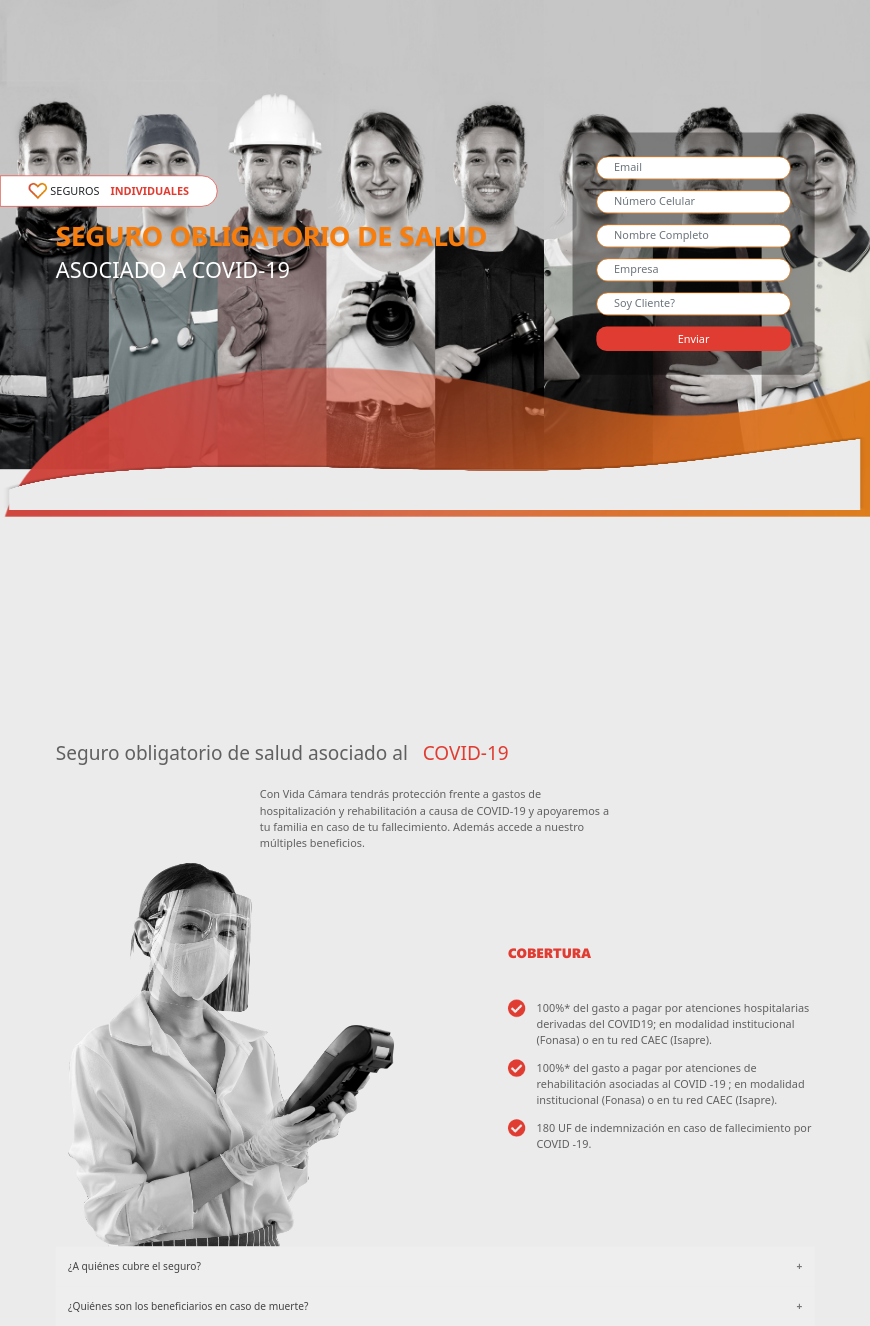
Repository: Darigo30/vidacamara
Page: index.html
The author's editor kept a copy of each file at every save. The page is drawn from the files as they stood at one save, then again after the next save.
The browser window is 1280 px wide. The pictures show the whole page, at 68% of full size.
Some web fonts or font styles are not loaded; a fallback is used. Some web libraries are served in a nearby version.

Above is the page before, as saved 2021-07-29 19:58:34.

### index.html
<!DOCTYPE html>
<html lang="es">
<head>
    <meta charset="UTF-8">
    <link rel= "shortcut icon "type="image/png" href="assets/img/favicon.png">
    <meta name="viewport" content="width=device-width, initial-scale=1.0">
    <link rel="stylesheet" href="css/style.css">
    <title>Vida Cámara</title>
</head>
<body>
    <main>
        <nav class="navbar navb">
            <div class="container">
              <a class="navbar-brand" href="#">
                <img src="/assets/img/logo.png" alt="Logo Vida Camara">
              </a>
            </div>
        </nav>
        <section class="bg-header">
            <div class="seg">
                <img src="assets/img/heart.png">
                <div class="ms-1 text-uppercase">Seguros</div>
                <div class="ms-3 text-uppercase fw-bold"><span>Individuales</span></div>
            </div>
            <div class="container">
                <div class="row cont-form-text">
                    <div class="col-8 d-flex flex-column justify-content-center">
                        <h1>Seguro obligatorio de salud</h1>
                        <h2 class="text-uppercase">Asociado a COVID-19</h2>
                    </div>
                    <div class="col-4">
                        <div class="form">
                            <div class="mb-3">
                                <input type="email" class="form-control rounded-pill br-f" id="exampleFormControlInput1" placeholder="Email">
                            </div>
                            <div class="mb-3">
                                <input type="email" class="form-control rounded-pill br-f" id="exampleFormControlInput1" placeholder="Número Celular">
                            </div>
                            <div class="mb-3">
                                <input type="email" class="form-control rounded-pill br-f" id="exampleFormControlInput1" placeholder="Nombre Completo">
                            </div>
                            <div class="mb-3">
                                <input type="email" class="form-control rounded-pill br-f" id="exampleFormControlInput1" placeholder="Empresa">
                            </div>
                            <div class="mb-3">
                                <input type="email" class="form-control rounded-pill br-f" id="exampleFormControlInput1" placeholder="Soy Cliente?">
                            </div>
                            <button class="btn btn-primary btn-grande">Enviar</button>
                          </div>
                    </div>
                </div>
            </div>
        </section>
        <section class="seguro">
             <div class="mascara"></div>
            <div class="container">
                <div class="row">
                    <div class="col-12">
                        <div class="seguro">
                            <h3 class="seguro__titulo">
                                Seguro obligatorio de salud asociado al &nbsp; <span class="seguro__titulo seguro__titulo--covid">COVID-19</span>
                            </h3>
                            <p class="seguro__texto pt-4 convi">Con Vida Cámara tendrás protección frente a gastos de hospitalización y rehabilitación a causa de COVID-19 y apoyaremos a tu familia en caso de tu fallecimiento. Además accede a nuestro múltiples beneficios. </p>
                        </div>
                    </div>
                </div>
                <div class="row">
                    <div class="col-7">
                        <img class="img-mujer" src="assets/img/mujer.png">
                    </div>
                    <div class="col-5 d-flex flex-column justify-content-center">
                        <h5 class="text-uppercase pb-5"><span>Cobertura</span></h5>
                        <div class="icon-txt-cober">
                            <img src="assets/img/check.png">
                            <p class="ps-3">100%* del gasto a pagar por atenciones hospitalarias derivadas del COVID19;
                                en modalidad institucional  (Fonasa) o en tu red CAEC (Isapre).
                            </p>
                        </div>
                        <div class="icon-txt-cober">
                            <img src="assets/img/check.png">
                            <p class="ps-3">100%* del gasto a pagar por atenciones de rehabilitación asociadas al COVID -19 ; en modalidad institucional
                                (Fonasa) o en tu red CAEC (Isapre).
                            </p>
                        </div>
                        <div class="icon-txt-cober">
                            <img src="assets/img/check.png">
                            <p class="ps-3">180 UF de indemnización en caso de fallecimiento por
                                COVID -19.
                            </p>
                        </div>
                    </div>
                </div>
            </div>
        </section>
        <section>
            <div class="container">
                <div class="row">
                    <div class="col-12">
                        <button class="accordion">¿A quiénes cubre el seguro?</button>
                        <div class="panel">
                            <p>Todos los trabajadores del sector privado con contratos sujetos al Código del Trabajo y que estén desarrollando sus labores de manera presencial,
                                total o parcial; ya sea que estén afiliados a Fonasa o Isapres.
                                <br>
                                Se excluyen aquellos trabajadores que hayan pactado el cumplimiento de su jornada bajo las modalidades de trabajo a distancia o teletrabajo de
                                manera exclusiva.
                            </p>
                        </div>

                        <button class="accordion">¿Quiénes son los beneficiarios en caso de muerte?</button>
                        <div class="panel">
                            <p>Lorem ipsum dolor sit amet, consectetur adipisicing elit, sed do eiusmod tempor incididunt ut labore et dolore magna aliqua. Ut enim ad minim veniam, quis nostrud exercitation ullamco laboris nisi ut aliquip ex ea commodo consequat.</p>
                        </div>
                    </div>
                </div>
            </div>
        </section>
    </main>


<link href="https://cdn.jsdelivr.net/npm/bootstrap@5.0.0-beta2/dist/css/bootstrap.min.css" rel="stylesheet" integrity="sha384-BmbxuPwQa2lc/FVzBcNJ7UAyJxM6wuqIj61tLrc4wSX0szH/Ev+nYRRuWlolflfl" crossorigin="anonymous">
<script src="https://cdn.jsdelivr.net/npm/bootstrap@5.0.0-beta2/dist/js/bootstrap.min.js" integrity="sha384-nsg8ua9HAw1y0W1btsyWgBklPnCUAFLuTMS2G72MMONqmOymq585AcH49TLBQObG" crossorigin="anonymous"></script>
<script src="https://cdn.jsdelivr.net/npm/@popperjs/core@2.6.0/dist/umd/popper.min.js" integrity="sha384-KsvD1yqQ1/1+IA7gi3P0tyJcT3vR+NdBTt13hSJ2lnve8agRGXTTyNaBYmCR/Nwi" crossorigin="anonymous"></script>
<script src="https://code.jquery.com/jquery-3.5.1.min.js" integrity="sha256-9/aliU8dGd2tb6OSsuzixeV4y/faTqgFtohetphbbj0=" crossorigin="anonymous"></script>

<!--Mi script-->
<script src="js/custom.js"></script>

</body>
</html>

### css/style.css
:root{
    --body-color: #EBEBEB;
    --color-orange: #F77D0C;
    --color-white: #FFFFFF;
    --color-grey: #606060;
    --color-red: #E03C31;
    --color-par: #606060;
}
@font-face {
    font-family: 'Segoe UI Regular';
    font-style: normal;
    font-weight: normal;
    src: local('Segoe UI Regular'), url('/assets/fonts/UI.woff') format('woff');
}
@font-face {
    font-family: 'Segoe UI Bold';
    font-style: normal;
    font-weight: normal;
    src: local('Segoe UI Bold'), url('/assets/fonts/Segoe UI Bold.woff') format('woff');
}
@font-face {
    font-family: 'Segoe UI Black';
    font-style: normal;
    font-weight: normal;
    src: local('Segoe UI Black'), url('/assets/fonts/seguibl.woff') format('woff');
}

/*Basics*/

body{
    box-sizing: border-box;
    font-family: 'Segoe UI Regular';
    padding: 0;
    margin: 0;
    font-size: 15px;
    color: var(--color-par);
    background: var(--body-color)!important;
}
h1{
    font-size: 56px;
    color: var(--color-orange);
    text-shadow: 0px 2px 2px rgba(0, 0, 0, 0.1);
    font-family: 'Segoe UI Black';
    font-family: 'Segoe UI Bold';
    text-transform: uppercase;
}
h2{
    font-size: 41px;
    color: var(--color-white);
}
h3{
    font-size: 40px;
    color: var(--color-grey);
}
h4{
    font-size: 30px;
}
h5{
    font-size: 26px;
    font-family: 'Segoe UI Black';
}
span{
    color: var(--color-red);
}
p{
    color: var(--color-par);
}
/*Header + Banner*/

.navbar.navb {
    position: absolute;
    width: 100%;
    margin-top: 25px;
}
.bg-header{
    background: url(/assets/img/bg-header.jpg) center no-repeat;
    background-size: cover;
    height: 690px;
    display: flex;
    align-items: center;
    position: relative;
}
.form {
    background: #00000061;
    padding: 35px;
    border-radius: 20px;
}
.form-control.br-f {
   border: 1px solid var(--color-orange);
   padding: 3px 25px 5px;
}
.btn.btn-grande{
    background: var(--color-red);
    border: none;
    width: 100%;
    border-radius: 15px;
}
.row.cont-form-text{
    margin-top: 5%;
}
.seg {
    background: white;
    width: 25%;
    position: absolute;
    top: 30%;
    display: flex;
    justify-content: center;
    padding: 10px 10px;
    border-top-right-radius: 25px;
    border-bottom-right-radius: 25px;
    border: 1px solid var(--color-red);
    margin-top: 4%;
}
.bg-header::before{
    content: '';
    background: url(/assets/img/onda.png) bottom no-repeat;
    background-size: auto;
    background-size: auto;
    background-size: 100%;
    position: absolute;
    width: 100%;
    height: 35%;
    z-index: 0;
    bottom: -70px;
}
/*Seccion seguro obligatorio*/

.seguro{
    margin-top: 200px;
}
.icon-txt-cober {
    display: flex;
    align-items: start;
}
.mascara{
    position: absolute;
    bottom: -30px;
    background: url(/assets/img/mascara2.png);
    background-size: auto;
    background-size: 100% 110px;
    width: 100%;
    height: 110px;
    z-index: 9;
}
.convi{
    padding: 0 300px;
}
.img-mujer{
    width: 80%;
}
.accordion {
    background-color: #eee;
    color: #444;
    cursor: pointer;
    padding: 18px;
    width: 100%;
    border: none;
    text-align: left;
    outline: none;
    font-size: 15px;
    transition: 0.4s;
  }

  .active, .accordion:hover {
    background-color: #ccc;
  }

  .accordion:after {
    content: '\002B';
    color: #777;
    font-weight: bold;
    float: right;
    margin-left: 5px;
  }

  .active:after {
    content: "\2212";
  }

  .panel {
    padding: 0 18px;
    background-color: white;
    max-height: 0;
    overflow: hidden;
    transition: max-height 0.2s ease-out;
  }

### js/custom.js
var accordion = document.getElementsByClassName("accordion");
var i;

for (i = 0; i < accordion.length; i++) {
  accordion[i].addEventListener("click", function() {
    this.classList.toggle("active");
    var panel = this.nextElementSibling;
    if (panel.style.maxHeight) {
      panel.style.maxHeight = null;
    } else {
      panel.style.maxHeight = panel.scrollHeight + "px";
    }
  });
}

After the next save:
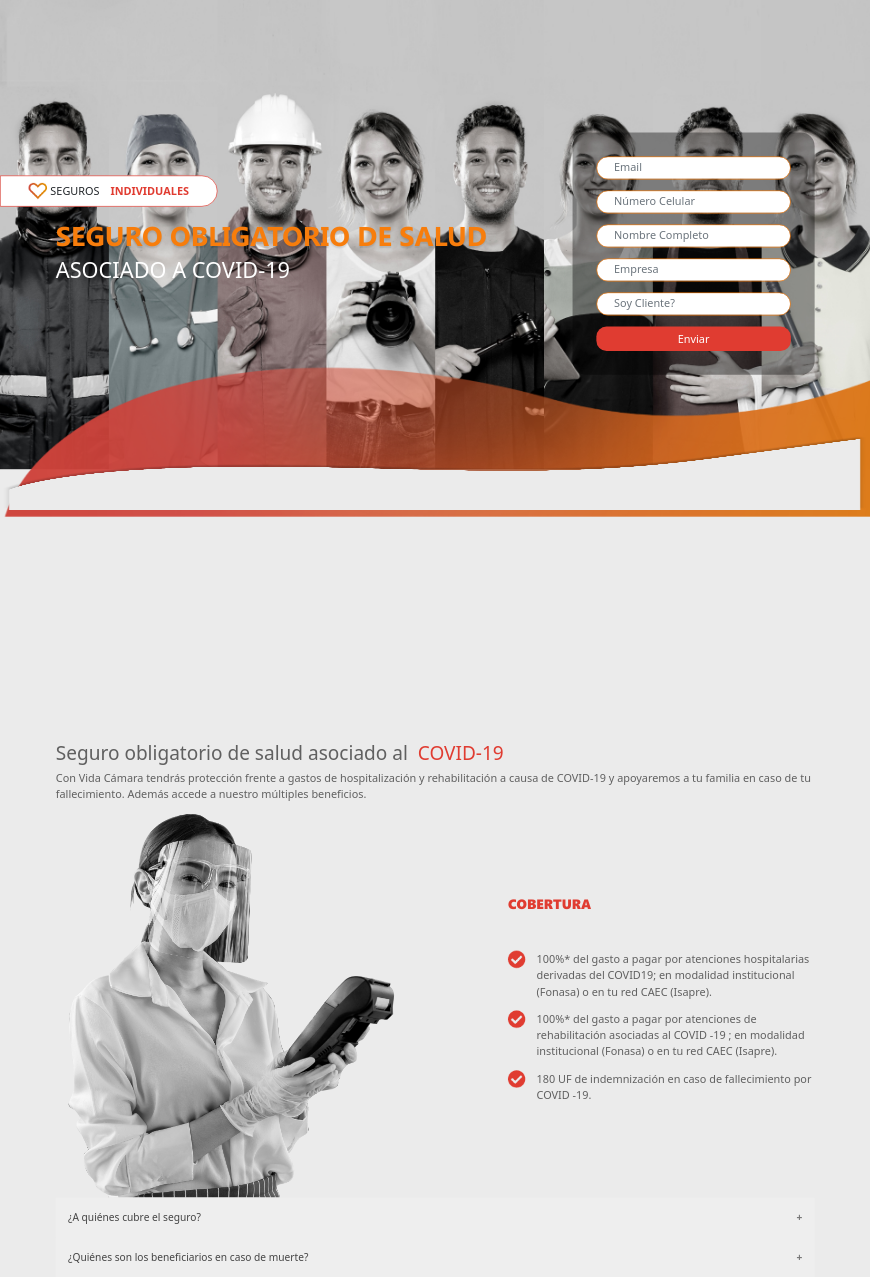
Saved 79 s later.
--- a/index.html
+++ b/index.html
@@ -58,9 +58,9 @@
                     <div class="col-12">
                         <div class="seguro">
                             <h3 class="seguro__titulo">
-                                Seguro obligatorio de salud asociado al &nbsp; <span class="seguro__titulo seguro__titulo--covid">COVID-19</span>
+                                Seguro obligatorio de salud asociado al &nbsp;<span class="seguro__titulo seguro__titulo--covid">COVID-19</span>
                             </h3>
-                            <p class="seguro__texto pt-4 convi">Con Vida Cámara tendrás protección frente a gastos de hospitalización y rehabilitación a causa de COVID-19 y apoyaremos a tu familia en caso de tu fallecimiento. Además accede a nuestro múltiples beneficios. </p>
+                            <p class="seguro__texto">Con Vida Cámara tendrás protección frente a gastos de hospitalización y rehabilitación a causa de COVID-19 y apoyaremos a tu familia en caso de tu fallecimiento. Además accede a nuestro múltiples beneficios. </p>
                         </div>
                     </div>
                 </div>
